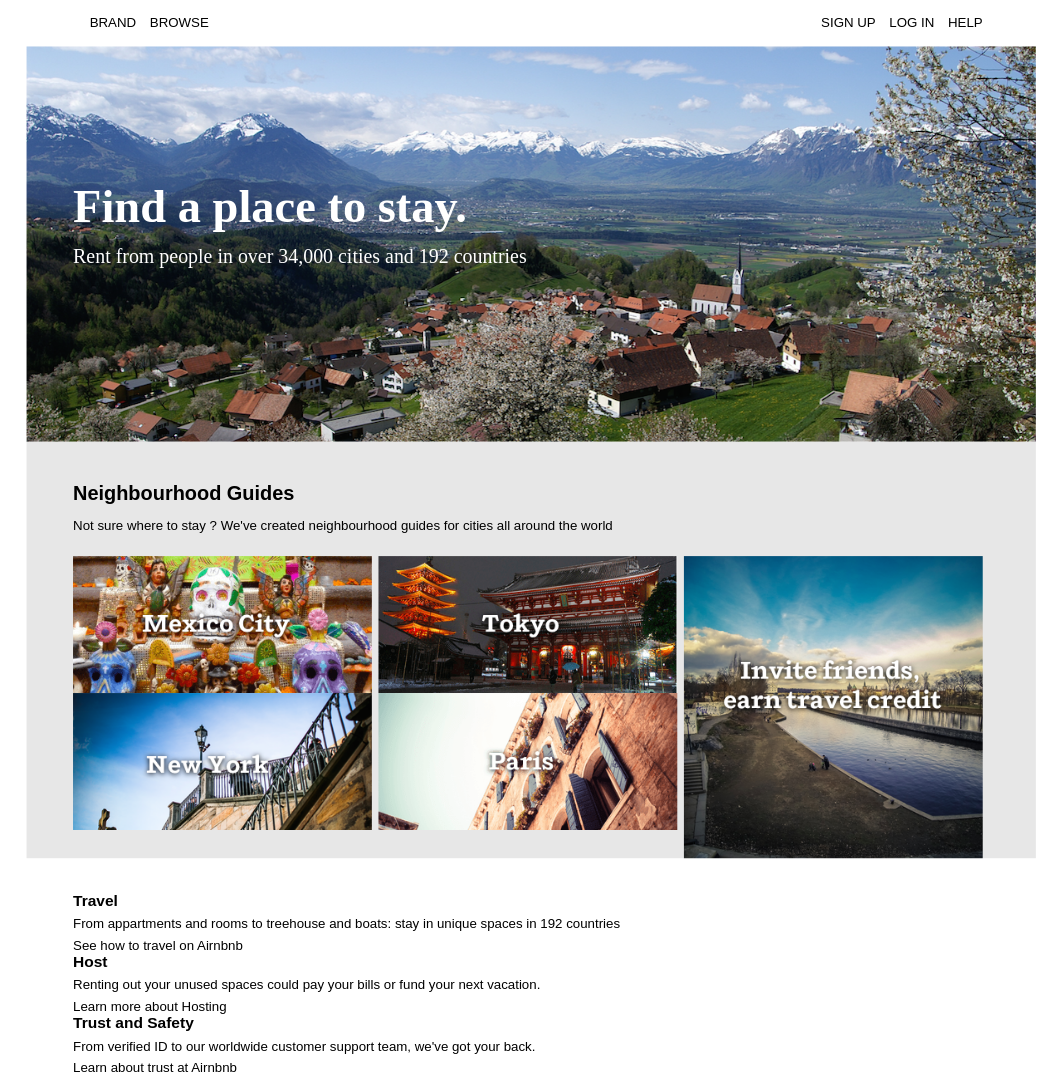
Repository: Naohonproject/web101x02_asm1
Page: Project2.html
An editor plug-in stored every save of this project. The page is shown before and after the next save, followed by the edit.
The browser window is 1280 px wide. The pictures show the whole page, at 83% of full size.

Above is the page before, as saved 2022-01-15 21:54:06.

### Project2.html
<!-- @format -->

<!DOCTYPE html>
<html lang="en">
	<head>
		<meta charset="UTF-8" />
		<meta http-equiv="X-UA-Compatible" content="IE=edge" />
		<meta name="viewport" content="width=device-width, initial-scale=1.0" />
		<link rel="stylesheet" href="./assets/css/style.css" />
		<link rel="stylesheet" href="./assets/css/responsive.css" />
		<title>Homepage</title>
	</head>
	<body>
		<div id="header">
			<div class="header-wrapper">
				<div class="nav-bar">
					<ul class="left-nav pull-left">
						<li>Brand</li>
						<li>Browse</li>
					</ul>
					<ul class="right-nav pull-right">
						<li><a href="Signup.html">Sign Up</a></li>
						<li><a href="login.html" target="_blank">Log In</a></li>
						<li>Help</li>
					</ul>
				</div>
			</div>
		</div>

		<div id="banner">
			<div class="banner-wrapper">
				<div class="banner-text-content">
					<div class="content-heading">
						<h1 class="white-text">Find a place to stay.</h1>
					</div>
					<div class="content-desc">
						<p class="white-text">
							Rent from people in over 34,000 cities and 192 countries
						</p>
					</div>
				</div>
			</div>
		</div>

		<div id="content">
			<div class="content-wrapper box-padding">
				<div class="content-heading">
					<h2>Neighbourhood Guides</h2>
					<p>
						Not sure where to stay ? We've created neighbourhood guides for
						cities all around the world
					</p>
				</div>
				<div class="content-images-table">
					<div class="col-third">
						<img
							src="./assets/img/web101x-Mexico City.png"
							alt="Mexico City"
							width="360"
						/>
						<img
							src="./assets/img/web101x-New York.png"
							alt="New York City"
							width="360"
						/>
					</div>
					<div class="col-third">
						<img
							src="./assets/img/web101x-Tokyo.png"
							alt="Tokyo City"
							width="360"
						/>
						<img
							src="./assets/img/web101x-Paris.png"
							alt="Paris City"
							width="360"
						/>
					</div>
					<div class="col-third">
						<img
							src="./assets/img/web101x-Invitation.png"
							alt="Invitation image"
							width="360"
						/>
					</div>
				</div>
				<div class="clear"></div>
			</div>
		</div>

		<div id="footer">
			<div class="footer-wrapper box-padding">
				<div class="footer-block">
					<h3>Travel</h3>
					<p>
						From appartments and rooms to treehouse and boats: stay in unique
						spaces in 192 countries
					</p>
					<a href="#">See how to travel on Airnbnb</a>
				</div>

				<div class="footer-blockr">
					<h3>Host</h3>
					<p>
						Renting out your unused spaces could pay your bills or fund your
						next vacation.
					</p>
					<a href="#">Learn more about Hosting</a>
				</div>

				<div class="footer-block">
					<h3>Trust and Safety</h3>
					<p>
						From verified ID to our worldwide customer support team, we've got
						your back.
					</p>
					<a href="#">Learn about trust at Airnbnb</a>
				</div>
			</div>
		</div>
	</body>
</html>

### assets/css/style.css
/** @format */

/* common */

/* reset css */
* {
	box-sizing: border-box;
	padding: 0;
	margin: 0;
	text-decoration: none;
	color: #000;
}

/* row style */
.row {
}
/* collumn style */
.col {
}

.col-haft {
}

.col-third {
	float: left;
	width: calc(100% / 3);
}

.align-center {
}
/* Set text lineweight to Bold */
.bold-text {
}
.white-text {
	color: #fff !important;
}
.btn-hover {
}

.pull-left {
	float: left !important;
}

.pull-right {
	float: right !important;
}

.box-padding {
	padding-left: 56px;
	padding-right: 56px;
	padding-top: 40px;
}

/* specific */

html {
	font-family: Arial, Helvetica, sans-serif;
}

body {
	padding: 0 32px;
}
/* start styling header */
#header {
	height: 56px;
	width: 100%;
	background-color: #fff;
	background-clip: border-box;
	color: #000;
	font-size: 16px;
	text-transform: uppercase;
	font-weight: 500;
	position: fixed;
	top: 0;
	left: 0;
	z-index: 1;
	padding: 0 32px;
}

.header-wrapper {
	height: 100%;
	padding: 0 64px;
}

#header li {
	line-height: 56px;
}

#header li {
	display: inline-block;
	margin-left: 12px;
}
/* end styling header */

/* start styling banner */
#banner {
	width: 100%;
	margin-top: 56px;
	padding-top: 39.123607%;
	background: url(../img/banner/banner.png) top center / cover no-repeat;
	background-origin: border-box;
	position: relative;
	top: 0;
	left: 0;
}

.banner-text-content {
	position: absolute;
	top: 160px;
	left: 56px;
}

#banner .content-heading,
.content-desc {
	margin-bottom: 8px;
	font-family: "Times New Roman", Times, serif;
}

#banner .content-heading {
	font-size: 28px;
}

#banner .content-desc {
	font-size: 24px;
}
/* end styling banner */

/* start styling content */
#content {
	background-color: #e7e7e7;
	width: 100%;
	background-clip: border-box;
}

#content .content-heading h2,
p {
	padding: 8px 0;
}

#content .content-heading {
	margin-bottom: 20px;
}
#content img {
	display: block;
}

.clear {
	clear: both;
}
/* end styling content */

Loaded but not shown: assets/css/responsive.css (no stored copy; drawn as an empty file)

After the next save:
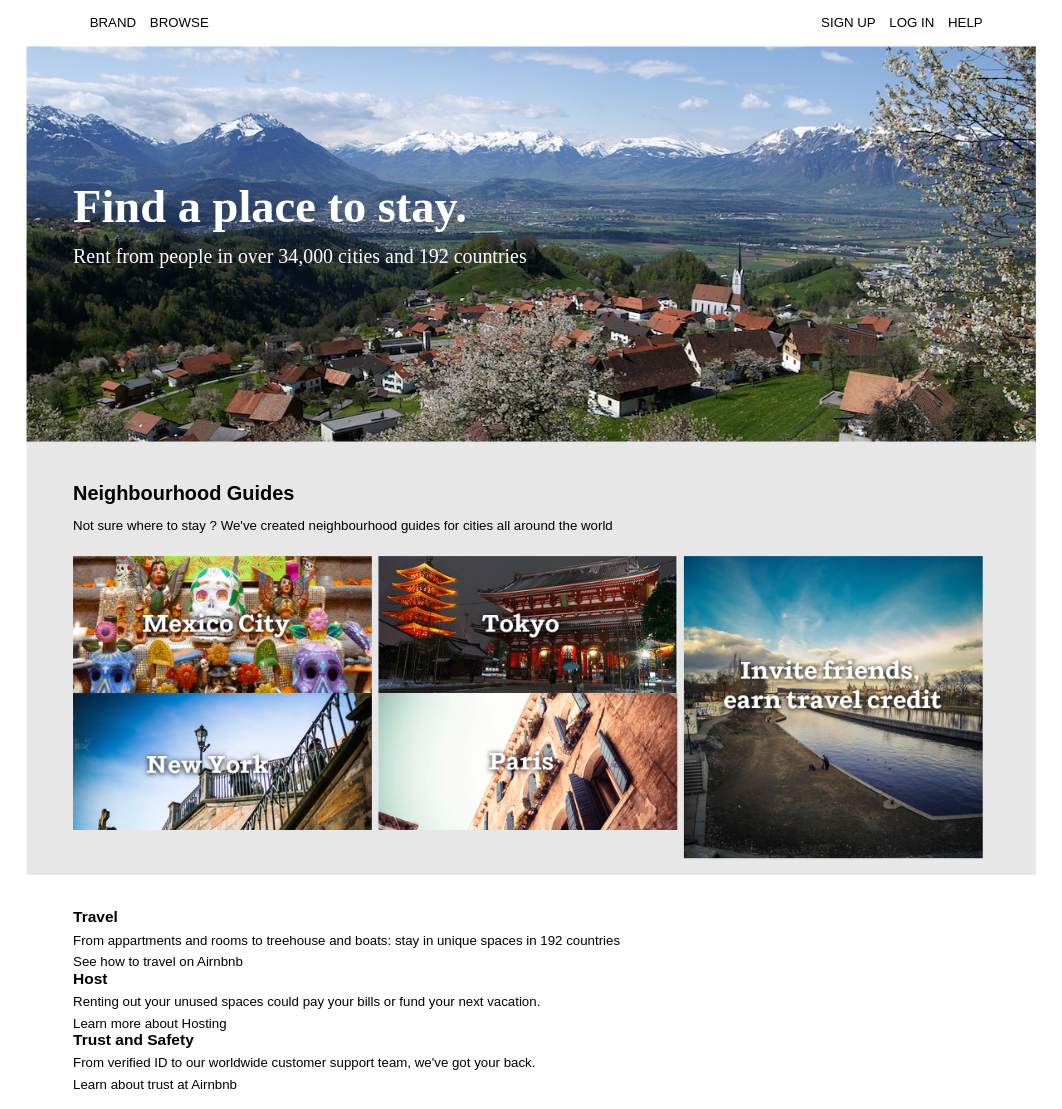
Saved 71 s later.
--- a/assets/css/style.css
+++ b/assets/css/style.css
@@ -46,9 +46,7 @@
 }
 
 .box-padding {
-	padding-left: 56px;
-	padding-right: 56px;
-	padding-top: 40px;
+	padding: 40px 56px 20px;
 }
 
 /* specific */
